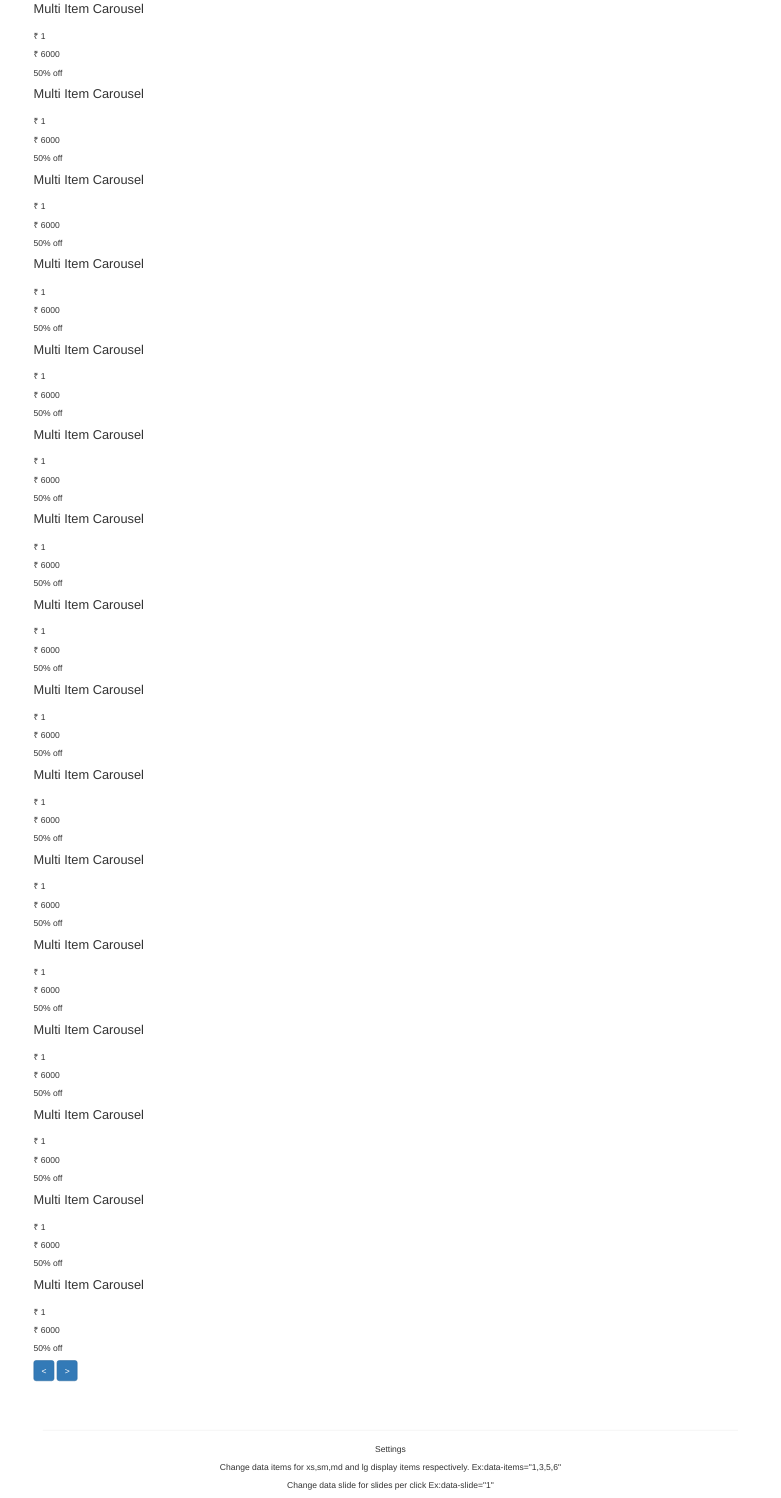
Repository: isranivishal/TsecCodestorm
Page: slider.html
These files come from the project's save history. The page is drawn as it stood at one moment and after the next save; the edit follows.
The browser window is 1280 px wide. The pictures show the whole page, at 61% of full size.
Some web libraries are served in a nearby version.

Above is the page before, as saved 2018-09-21 17:11:30.

After the next save:
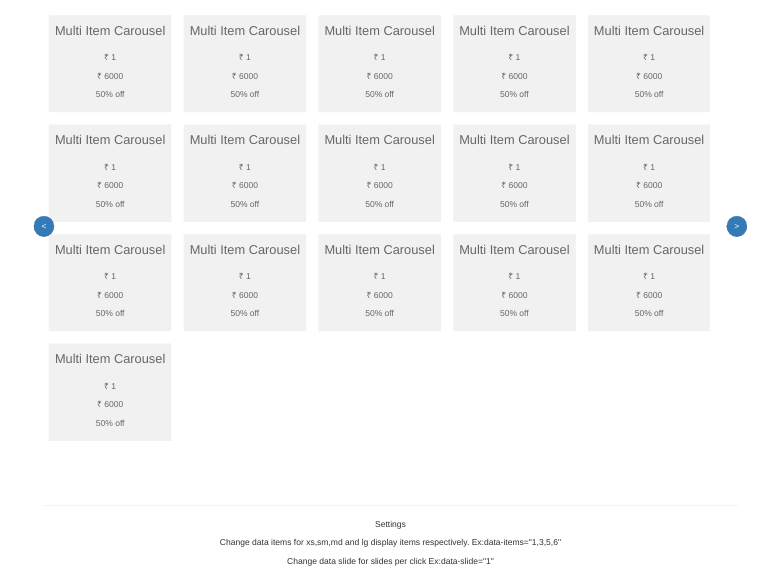
Saved 26 s later.
--- a/slider.html
+++ b/slider.html
@@ -11,7 +11,15 @@
 
 
             <style>
+                .MultiCarousel { float: left; overflow: hidden; padding: 15px; width: 100%; position:relative; }
+    .MultiCarousel .MultiCarousel-inner { transition: 1s ease all; float: left; }
+        .MultiCarousel .MultiCarousel-inner .item { float: left;}
+        .MultiCarousel .MultiCarousel-inner .item > div { text-align: center; padding:10px; margin:10px; background:#f1f1f1; color:#666;}
+    .MultiCarousel .leftLst, .MultiCarousel .rightLst { position:absolute; border-radius:50%;top:calc(50% - 20px); }
+    .MultiCarousel .leftLst { left:0; }
+    .MultiCarousel .rightLst { right:0; }
 
+        .MultiCarousel .leftLst.over, .MultiCarousel .rightLst.over { pointer-events: none; background:#ccc; }
             </style>
     </head>
 
